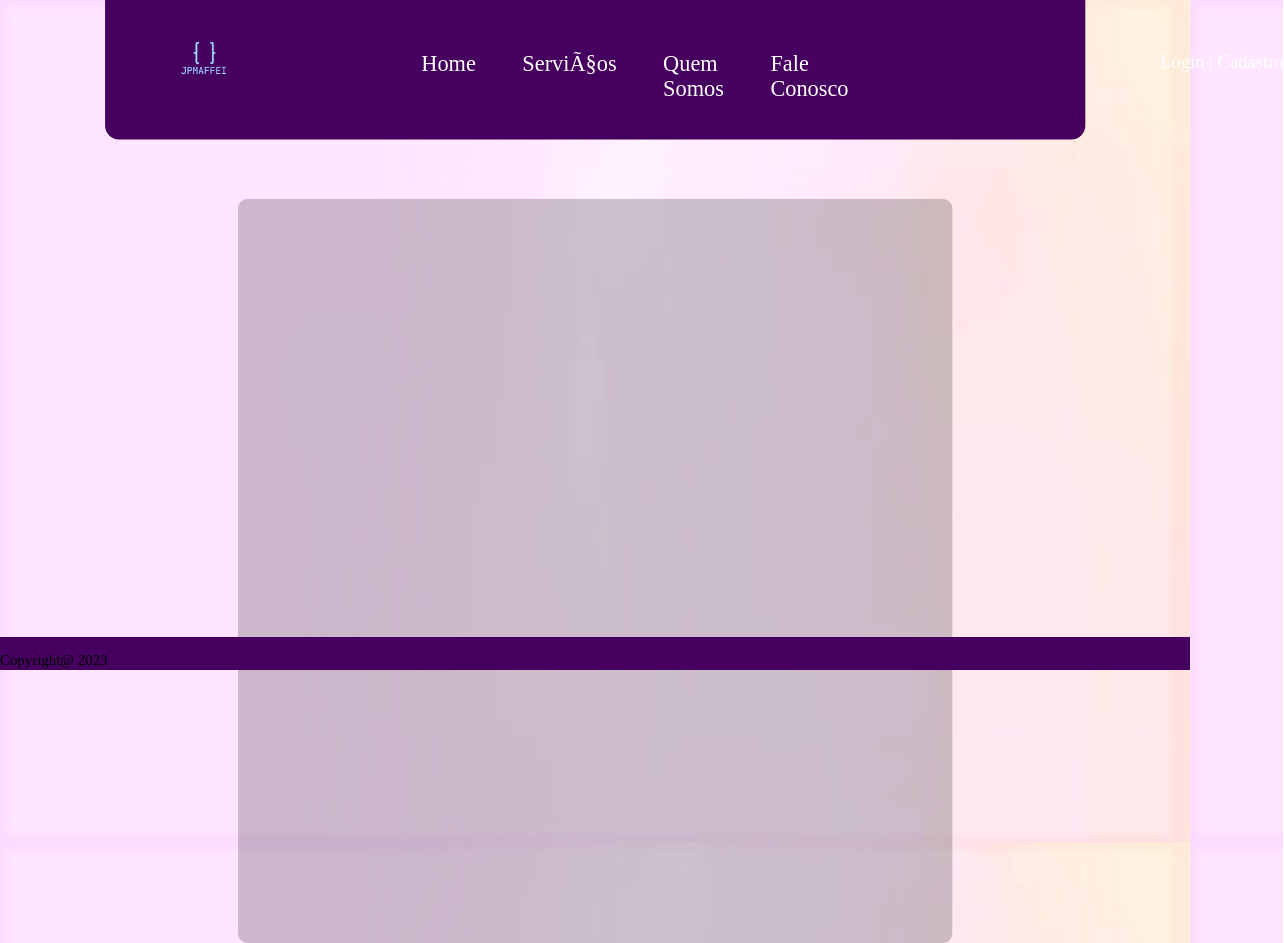
Repository: jpmaffei18/PROJETO_JAVA
Page: http://localhost/FinalWeb/home.jsp
An editor plug-in stored every save of this project. The page is shown before and after a run of saves, followed by the edit.
The browser window is 1280 px wide. The page is 1380 px wide, then 1381 px, so the pictures cover 1381 px, including what lies to the right of the window. The pictures show the whole page, at 93% of full size.
Backgrounds fixed to the window are drawn as part of the page. The page is served by Tomcat 9.

Above is the page before, as saved 2023-03-31 14:18:52.

After the next 2 saves:
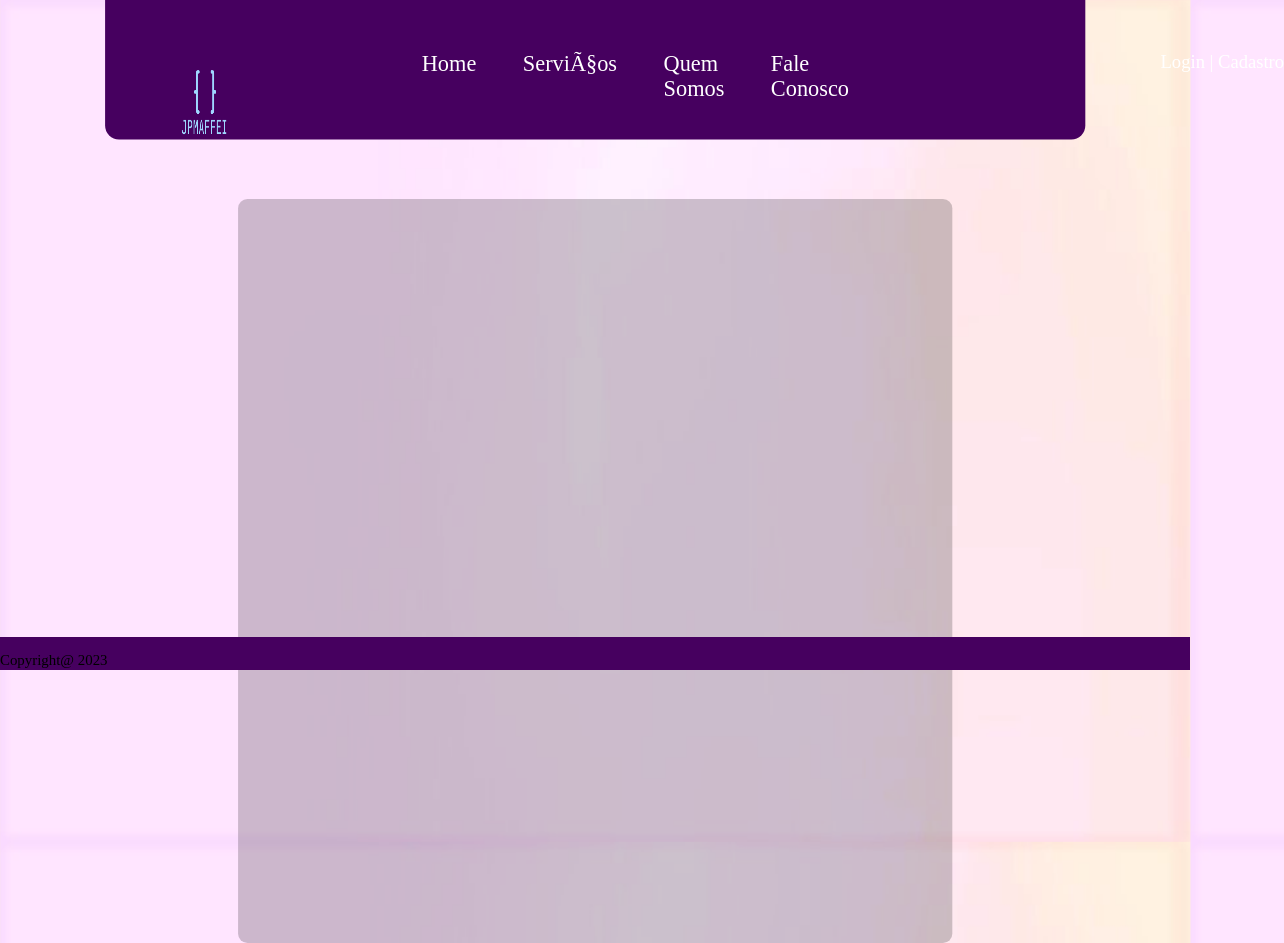
The 2 saves are shown as one change because they came seconds apart.
The last was saved 9 s later.
--- a/FinalWeb/src/main/webapp/home.css
+++ b/FinalWeb/src/main/webapp/home.css
@@ -25,7 +25,7 @@ header{
 
 .logo{
     width: 12%;
-    height: 100px;
+    height: 200px;
     margin-left: 3%;
 }
 
